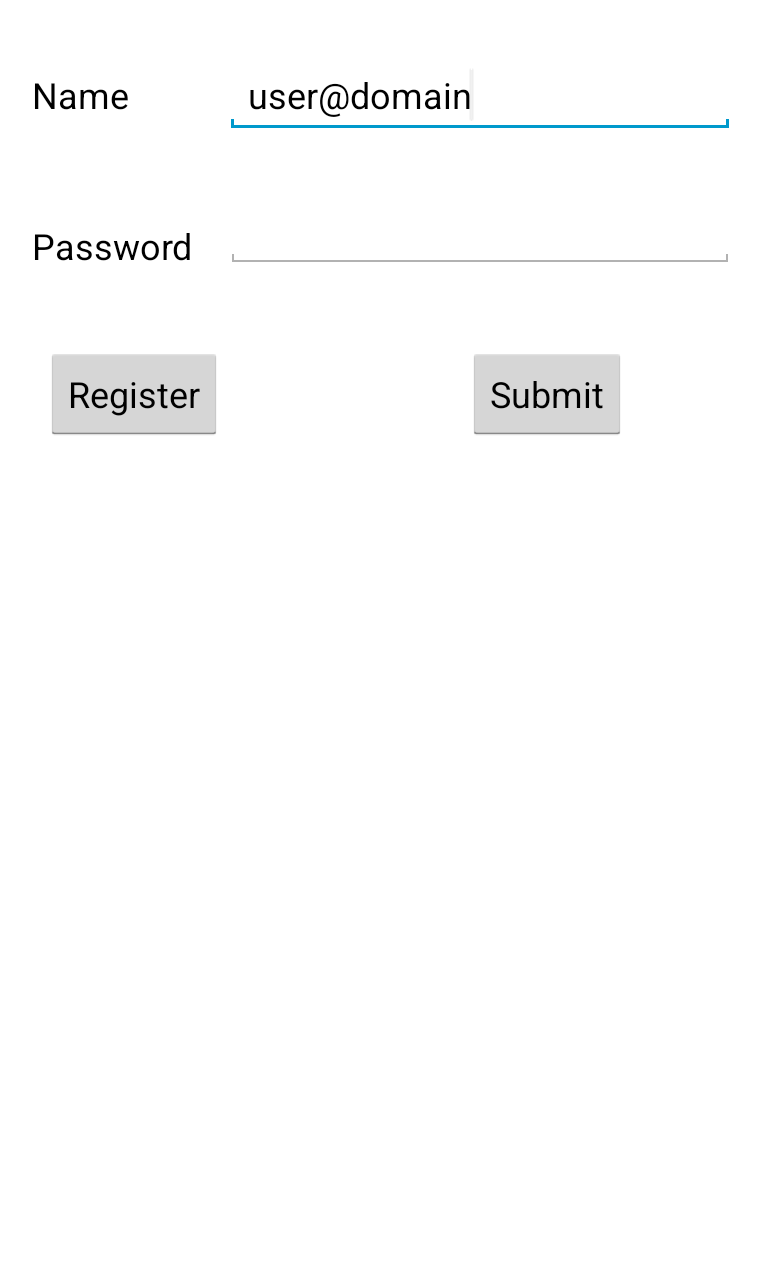
Repository: srikraj8341/srikanthrepo
Layout: android/MyFirstApp/res/layout/activity_main.xml
These files come from the project's save history. The layout is drawn as it stood at one moment and after the next save; the edit follows.
It is drawn on a 768 x 1280 px phone screen (xhdpi) without system bars, with theme AppTheme; the app's code is not run.

Above is the layout before, as saved 2012-09-22 06:47:29.

### android/MyFirstApp/res/layout/activity_main.xml
<RelativeLayout xmlns:android="http://schemas.android.com/apk/res/android"
    xmlns:tools="http://schemas.android.com/tools"
    android:layout_width="fill_parent"
    android:layout_height="fill_parent"
    android:paddingLeft="16dp"
    android:paddingRight="16dp" >

    <TextView
        android:id="@+id/textView3"
        android:layout_width="96dp"
        android:layout_height="wrap_content"
        android:layout_alignParentLeft="true"
        android:layout_marginTop="35dp"
        android:text="@string/User_name"
        android:textAppearance="?android:attr/textAppearanceMedium" />

    <EditText
        android:id="@+id/editText1"
        android:layout_width="wrap_content"
        android:layout_height="wrap_content"
        android:layout_alignBaseline="@+id/textView3"
        android:layout_alignBottom="@+id/textView3"
        android:layout_alignParentRight="true"
        android:layout_toRightOf="@+id/textView3"
        android:ems="10"
        android:inputType="textEmailAddress"
        android:text="@string/textEmailAddress" >

        <requestFocus />
    </EditText>

     <TextView
        android:id="@+id/textView1"
        android:layout_width="wrap_content"
        android:layout_height="wrap_content"
        android:layout_alignBottom="@+id/editText3"
        android:layout_alignParentLeft="true"
        android:text="@string/Password"
        android:textAppearance="?android:attr/textAppearanceMedium" />

    <EditText
        android:id="@+id/editText3"
        android:layout_width="wrap_content"
        android:layout_height="wrap_content"
        android:layout_alignRight="@+id/editText1"
        android:layout_below="@+id/editText1"
        android:layout_marginTop="28dp"
        android:layout_toRightOf="@+id/textView3"
        android:ems="10"
        android:inputType="textPassword"
        android:text="" />



    <Button
        android:id="@+id/button1"
        android:layout_width="wrap_content"
        android:layout_height="wrap_content"
        android:layout_alignRight="@+id/textView3"
        android:layout_below="@+id/textView1"
        android:layout_marginTop="38dp"
        android:text="@string/Register" />

    <Button
        android:id="@+id/button2"
        android:layout_width="wrap_content"
        android:layout_height="wrap_content"
        android:layout_alignBaseline="@+id/button1"
        android:layout_alignBottom="@+id/button1"
        android:layout_alignRight="@+id/editText3"
        android:layout_marginRight="54dp"
        android:text="@string/Submit" />

</RelativeLayout>

### android/MyFirstApp/res/values/strings.xml
<resources>

    <string name="app_name">Play Finder</string>
    <string name="hello_world">Hello world!</string>
    <string name="menu_settings">Settings</string>
    <string name="title_activity_main">MainActivity</string>
    <string name="edit_message">Enter a message</string>
    <string name="button_send">send</string>
    <string name="title_activity_display_message">My Message</string>
    <string name="User_name">Name</string>
    <string name="textEmailAddress">user@domain</string>
	<string name="Password">Password</string>
    <string name="Register">Register</string>
	<string name="Submit">Submit</string>
	<string name="Passwordsymbol">........</string>




</resources>

Loaded but not shown: android/MyFirstApp/res/values-v11/styles.xml (common file); android/MyFirstApp/res/values-v14/styles.xml (common file); android/MyFirstApp/res/values/styles.xml (common file)

After the next save:
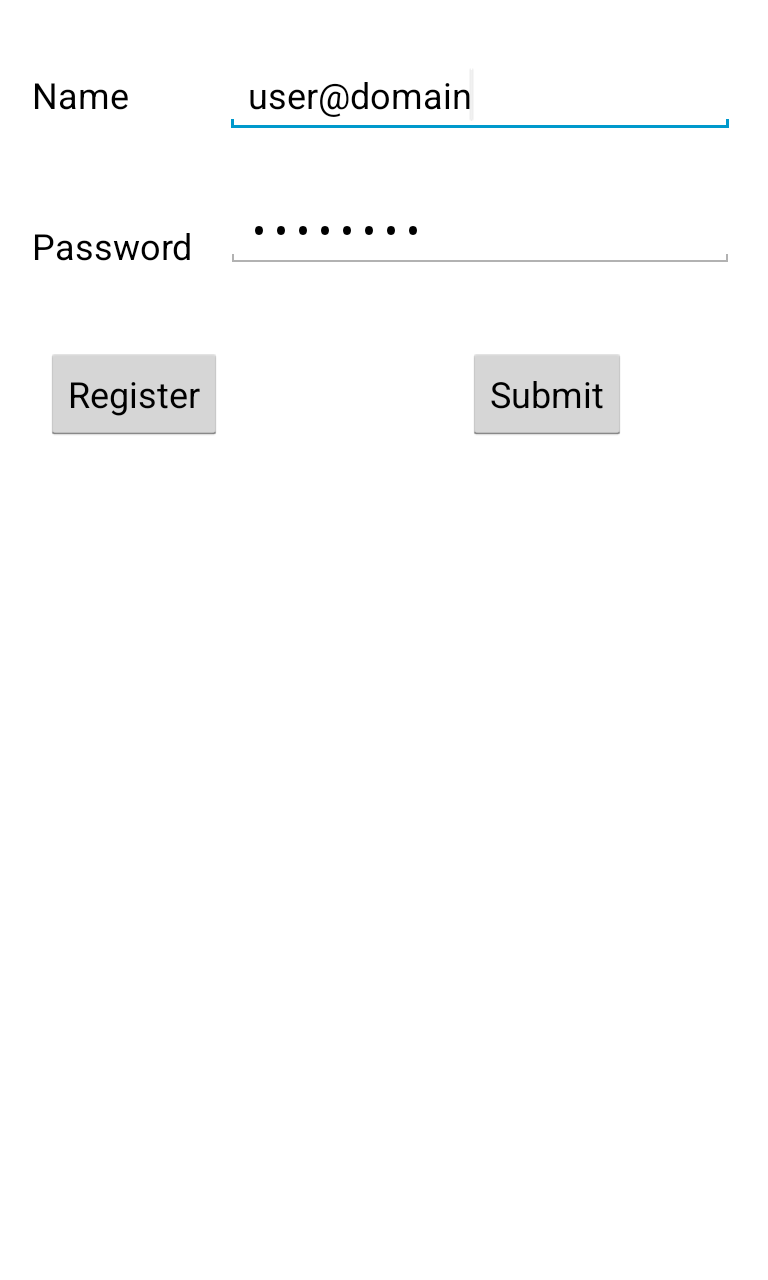
Saved 43 s later.
--- a/android/MyFirstApp/res/layout/activity_main.xml
+++ b/android/MyFirstApp/res/layout/activity_main.xml
@@ -48,7 +48,7 @@
         android:layout_toRightOf="@+id/textView3"
         android:ems="10"
         android:inputType="textPassword"
-        android:text="" />
+        android:text="@string/Passwordsymbol" />
 
 
 
